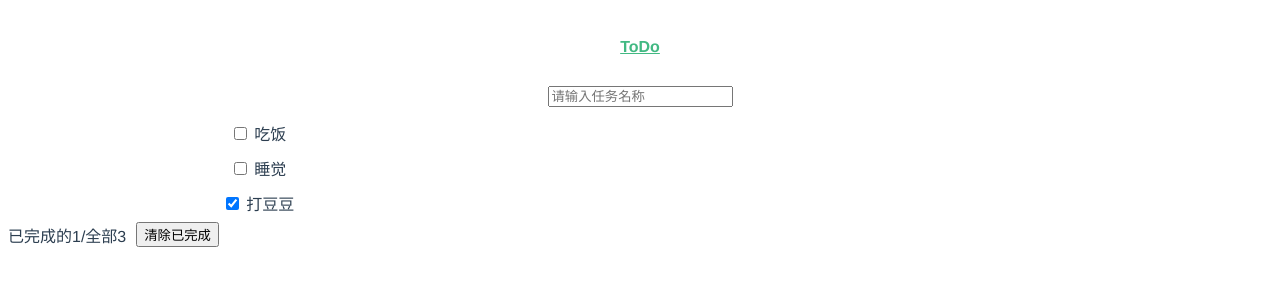
Repository: flyerwge/ToDo
Page: /
The author's editor kept a copy of each file at every save. The page is drawn from the files as they stood at one save, then again after the next save.
The browser window is 1280 px wide. The pictures show the whole page.
The project was rebuilt for these pictures with package versions that can differ from the ones it lists, and the page was loaded fresh each time. Also part of the build but not shown: vue.config.js.

Above is the page before, as saved 2021-03-13 16:43:43.

After the next save:
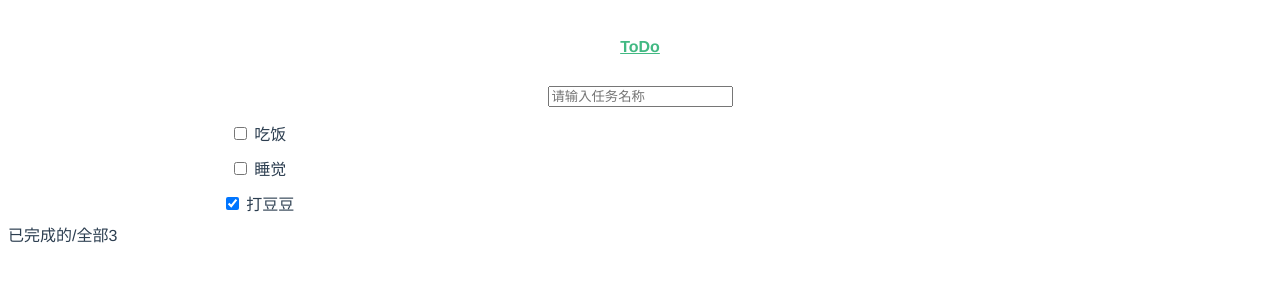
Saved 38 s later.
--- a/src/components/navFooter/NavFooter.vue
+++ b/src/components/navFooter/NavFooter.vue
@@ -19,7 +19,9 @@ export default defineComponent({
     },
   },
   setup() {
-    let isComplete = ref(1);
+    let isComplete = computed(() => {
+      //过滤已完成的
+    });
     //清除已完成
     let clear = () => {
       console.log("已清除");
